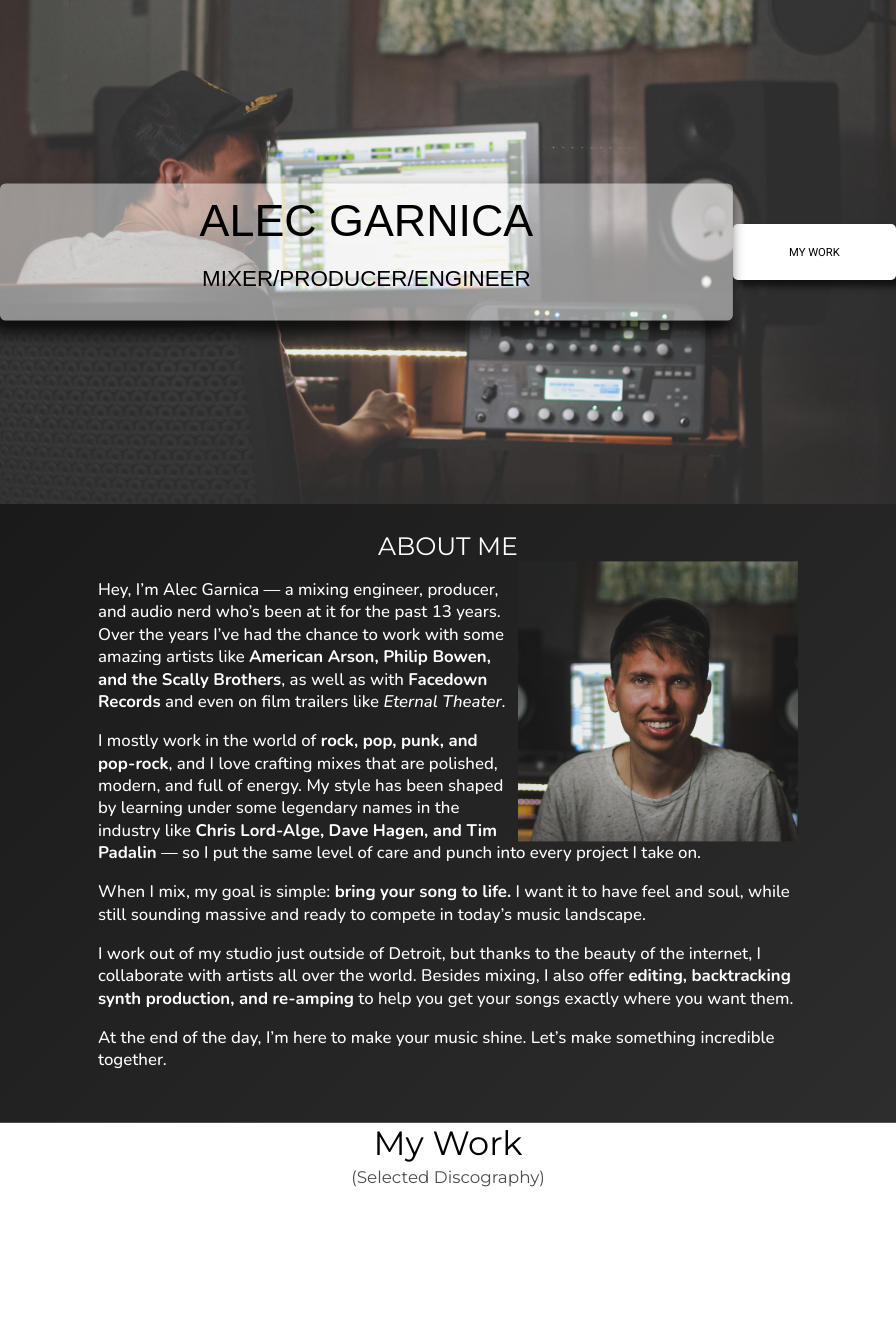
Repository: Aworminator/mixing-portfolio
Page: index.html
The author's editor kept a copy of each file at every save. The page is drawn from the files as they stood at one save, then again after a run of saves.
The browser window is 1280 px wide. The pictures show the part of the page from y = 0 to 1920 px (the page is 6553 px tall), at 70% of full size.
Pictures or frames that could not be fetched are drawn as grey boxes. Some web fonts or font styles are not loaded; a fallback is used.

Above is the page before, as saved 2025-09-02 17:12:31.
Console error: ReferenceError: emailjs is not defined

### index.html
<!DOCTYPE html>
<html lang="en">
  <head>
    <meta charset="UTF-8" />
    <meta name="viewport" content="width=device-width, initial-scale=1.0" />
    <title>Mixing Portfolio</title>
    <link rel="preconnect" href="https://fonts.googleapis.com" />
    <link rel="preconnect" href="https://fonts.gstatic.com" crossorigin />
    <link
      href="https://fonts.googleapis.com/css2?family=Gothic+A1:wght@100;200;300;400;500;600;700;800;900&family=Rock+Salt&family=Nunito:ital,wght@0,200..1000;1,200..1000&family=Montserrat:ital,wght@0,100..900;1,100..900&family=Caveat:wght@400..700&display=swap"
      rel="stylesheet"
    />
    <link
      href="https://fonts.googleapis.com/css2?family=Roboto:ital,wght@0,100..900;1,100..900&display=swap"
      rel="stylesheet"
    />
    <link rel="stylesheet" href="styles.css" />
    <link
      rel="stylesheet"
      href="https://cdnjs.cloudflare.com/ajax/libs/font-awesome/6.0.0/css/all.min.css"
      integrity="sha512-9usAa10IRO0HhonpyAIVpjrylPvoDwiPUiKdWk5t3PyolY1cOd4DSE0Ga+ri4AuTroPR5aQvXU9xC6qOPnzFeg=="
      crossorigin="anonymous"
      referrerpolicy="no-referrer"
    />
  </head>
  <body>
    <section class="home-page">
      <div class="container">
        <img
          src="./images/backShot.JPG"
          class="main-pic"
          alt="alecgarnica.com photo"
        />
        <div class="overlay">
          <h1 class="gothic-a1-regular">ALEC GARNICA</h1>
          <h2 class="gothic-a1-regular">MIXER/PRODUCER/ENGINEER</h2>
        </div>
        <button class="work-button">MY WORK</button>
      </div>
    </section>
    <section class="about-me">
      <div class="about-info">
        <h1>ABOUT ME</h1>
        <img src="./images/font-shot.JPG" class="front-shot" alt="" />
        <p>
          Hey, I’m Alec Garnica — a mixing engineer, producer, and audio nerd
          who’s been at it for the past 13 years. Over the years I’ve had the
          chance to work with some amazing artists like
          <strong>American Arson, Philip Bowen, and the Scally Brothers</strong
          >, as well as with <strong>Facedown Records</strong> and even on film
          trailers like <em>Eternal Theater</em>.
        </p>

        <p>
          I mostly work in the world of
          <strong>rock, pop, punk, and pop-rock</strong>, and I love crafting
          mixes that are polished, modern, and full of energy. My style has been
          shaped by learning under some legendary names in the industry like
          <strong>Chris Lord-Alge, Dave Hagen, and Tim Padalin</strong> — so I
          put the same level of care and punch into every project I take on.
        </p>

        <p>
          When I mix, my goal is simple:
          <strong>bring your song to life.</strong> I want it to have feel and
          soul, while still sounding massive and ready to compete in today’s
          music landscape.
        </p>

        <p>
          I work out of my studio just outside of Detroit, but thanks to the
          beauty of the internet, I collaborate with artists all over the world.
          Besides mixing, I also offer
          <strong>editing, backtracking synth production, and re-amping</strong>
          to help you get your songs exactly where you want them.
        </p>

        <p>
          At the end of the day, I’m here to make your music shine. Let’s make
          something incredible together.
        </p>
      </div>
    </section>
    <section class="audio-examples" id="work">
      <div class="audio-header">
        <h1 class="my-work">My Work</h1>
        <h2 class="Selected">(Selected Discography)</h2>
      </div>
      <div class="videos">
        <iframe
          max-width="700"
          max-height="400"
          src="https://www.youtube.com/embed/eqg1Gq4seWM?si=DX9P9PFpzfFowoa7"
          title="YouTube video player"
          frameborder="0"
          allow="accelerometer; autoplay; clipboard-write; encrypted-media; gyroscope; picture-in-picture; web-share"
          referre700licy="strict-origin-when-cross-origin"
          allowfullscreen
          class="video"
        ></iframe>
        <iframe
          max-width="700"
          max-height="400"
          src="https://www.youtube.com/embed/Iz-hEh3Y0hM?si=Wv5LKFF-jRccTdgM&amp;start=48"
          title="YouTube video player"
          frameborder="0"
          allow="accelerometer; autoplay; clipboard-write; encrypted-media; gyroscope; picture-in-picture; web-share"
          referrerpolicy="strict-origin-when-cross-origin"
          allowfullscreen
          class="video"
        ></iframe>
        <iframe
          max-width="700"
          max-height="400"
          src="https://www.youtube.com/embed/VA2vZEjnYfY?si=OQ5lfUXrBXHWdOYN"
          title="YouTube video player"
          frameborder="0"
          allow="accelerometer; autoplay; clipboard-write; encrypted-media; gyroscope; picture-in-picture; web-share"
          referrerpolicy="strict-origin-when-cross-origin"
          allowfullscreen
          class="video"
        ></iframe>
        <iframe
          max-width="700"
          max-height="400"
          src="https://www.youtube.com/embed/L9egLN9AOas?si=VhJ0fQgymm5FhAU1"
          title="YouTube video player"
          frameborder="0"
          allow="accelerometer; autoplay; clipboard-write; encrypted-media; gyroscope; picture-in-picture; web-share"
          referrerpolicy="strict-origin-when-cross-origin"
          allowfullscreen
          class="video"
        ></iframe>
      </div>

      <div class="audio">
        <div id="input"></div>
      </div>
      <a
        href="https://open.spotify.com/playlist/7I4emXAeLMEQLFu5VL2Gmp?si=4582652f148643d4"
        target="_blank"
        rel="noopener noreferrer"
        class="Discography"
      >
        Full Discography
        <img src="./images/spotify-icon.png" class="spotify" alt="Spotify" />
      </a>
    </section>

    <section class="contact">
      <div class="contact-form-container">
        <h1>Contact Me</h1>
        <form class="contact-form" id="contact-form" autocomplete="off">
          <div class="form-group">
            <label for="name">Name*</label>
            <input type="text" id="name" name="name" required />
          </div>
          <div class="form-group">
            <label for="email">Email*</label>
            <input type="email" id="email" name="email" required />
          </div>
          <div class="form-group">
            <label for="message">Message*</label>
            <textarea id="message" name="message" rows="5" required></textarea>
          </div>
          <button type="submit">Send</button>
        </form>
      </div>
    </section>

    <script src="script.js"></script>
    <script src="https://cdn.jsdelivr.net/npm/bootstrap@5.3.0-alpha1/dist/js/bootstrap.bundle.min.js"></script>
    <script
      type="text/javascript"
      src="https://cdn.jsdelivr.net/npm/@emailjs/browser@4/dist/email.min.js"
    ></script>
    <script type="text/javascript">
      (function () {
        emailjs.init({
          publicKey: "Av33DaVyg5wDM5N9s",
        });
      })();

      function sendEmail(event) {
        event.preventDefault();

        const serviceID = "service_x2fv1ji";
        const templateID = "template_xrm7y6m";

        emailjs
          .sendForm(
            serviceID,
            templateID,
            document.getElementById("contact-form")
          )
          .then(
            () => {
              alert("Message sent successfully!");
              document.getElementById("contact-form").reset();
            },
            (error) => {
              alert("Failed to send message. Please try again later.");
              console.error("EmailJS Error:", error);
            }
          );
      }

      document
        .getElementById("contact-form")
        .addEventListener("submit", sendEmail);
    </script>
  </body>
</html>

### styles.css
body,
html {
  margin: 0;
  padding: 0;
}

.rock-salt-regular {
  font-family: "Rock Salt", cursive;
  font-weight: 400;
  font-style: normal;
}

.gothic-a1-regular {
  font-family: "Gothic A1", sans-serif;
  font-weight: 500;
  font-style: normal;
}

p {
  font-family: "Nunito", sans-serif;
  font-optical-sizing: auto;
  font-weight: 500;
  font-style: normal;
}

h1,
h2,
h3 {
  font-family: "Montserrat", sans-serif;
  font-optical-sizing: auto;
  font-weight: 400;
  font-style: normal;
}

h3 {
  opacity: 80%;
}

.container {
  position: relative;
  width: 100%;
  height: 100vh; /* full screen hero section */
  display: flex;
  align-items: center;  /* vertical centering */
  justify-content: center; /* horizontal centering */
  overflow: hidden;
}

.main-pic {
  width: 100%;
  height: 100%;
  object-fit: cover;
  position: absolute;
  top: 0;
  left: 0;
  z-index: -1;
  opacity: 0.9;
}

.overlay {
  z-index: 1;
  text-align: center;
  background-color: rgba(255, 255, 255, 0.467);
  width: 100%;
  box-shadow: -8px 14px 20px 4px rgb(0 0 0 / 69%);
  padding: 1rem 2rem;
  border-radius: 8px;
}

.overlay h1 {
  font-size: clamp(2rem, 5vw, 4rem); /* responsive text */
}

.overlay h2 {
  font-size: clamp(1rem, 3vw, 2rem);
}

.home-page {
  max-height: 900px;
}

.about-me {
  position: relative;
  max-height: 900px;
  background: linear-gradient(135deg, #1a1a1a 0%, #2d2d2d 100%);
  margin: 0 auto;
  padding-top: 3%;
}

.about-info {
  color: white;
  font-size: 1.5em;
  width: 1000px;
  margin: 0 auto;
  padding-bottom: 50px;
}

.videos {
  margin: 0 auto;
  font-size: 2em;
  display: flex;
  flex-direction: row;
  flex-wrap: wrap;
  gap: 40px;
  justify-content: center;
}

.my-work {
  font-size: 3em;
  text-align: center;
}

.Selected {
  text-align: center;
  opacity: 70%;
  position: relative;
  bottom: 15px;
}

.front-shot {
  float: right;
  height: 400px;
  width: 400px;
  object-fit: cover;
  aspect-ratio: 1 / 1;
}

.work-button {
  position: relative;

  display: flex;
  justify-content: center;
  align-items: center;
  text-align: center;
  font-size: 1em;
  background-color: rgb(255, 255, 255);
  width: 300px;
  height: 80px;
  border-radius: 7px;
  margin: 0 auto;
  box-shadow: 8px 9px 10px rgb(0 0 0 / 65%);
  font-family: "Roboto", sans-serif;
  font-optical-sizing: auto;
  font-weight: 400;
  font-style: normal;
  font-variation-settings: "wdth" 100;
  border: none;
  cursor: pointer;
  color: inherit;
}

.work-button:hover {
  transform: scale(1.1);
}

.work-button:active {
  transform: scale(0.9);
}

.card {
  height: 500px;
  width: 300px;
  border: 2px solid black;
  background-color: rgb(255, 255, 255);
  background: url("https://www.patternpictures.com/wp-content/uploads/Crumpled-white-paper-texture-background.jpg");
  background-color: rgba(255, 255, 255, 0.775);
  background-blend-mode: lighten;
  box-shadow: 5px 10px 20px 0 rgba(0, 0, 0, 0.535);
  border-radius: 10px;
  margin: 90px;
  display: flex;
  flex-direction: column;
  justify-content: flex-start;
  align-items: center;
  flex-wrap: wrap;
  z-index: 1;
}

h1 {
  text-align: center;
  margin: 0 auto;
}

h4 {
  font-family: "Caveat";
  font-optical-sizing: auto;
  font-weight: 400;
  font-style: normal;
  text-shadow: 2px 5px 6px rgba(0, 0, 0, 0.18);
}

#input {
  display: flex;
  justify-content: center;
  flex-direction: column;
  flex-wrap: wrap;
}

.audio {
  display: flex;
  flex-direction: column;
  justify-content: flex-start;
  margin-top: 50px;
}

.album-artwork {
  height: 300px;
  width: 300px;
  border-radius: 10px 10px 0 0;
  position: relative;
}

.card-info {
  display: flex;
  flex-direction: row;
  justify-content: space-around;
  width: 200px;
  margin-top: 10px;
  margin-bottom: 0;
  position: relative;
}

.band-info {
  border-radius: 10px;
  padding: 5px 10px;
  height: 100px;
  width: 200px;
  display: flex;
  flex-direction: column;
  align-items: flex-start;
  font-size: 0.9em;
  text-align: left;
}

.album-title {
  position: relative;
  bottom: 15px;
}

.link {
  text-decoration: none;
  color: black;
}

.link:hover {
  text-decoration: underline;
  transform: scale(1.05);
}

@keyframes move-words {
  0% {
    left: 100%;
  }
  100% {
    left: -100%;
  }
}

.fa-pause,
.fa-play {
  font-size: 2em;
  position: relative;
  right: 12px;
}

.fa-play:active {
  font-size: 2em;
  position: relative;
  transform: scale(0.8);
}

.player {
  display: flex;
  flex-direction: row;
  align-items: center;
  justify-content: center;
  padding: 10px 0 0 0;
  margin-bottom: 25px;
}

.progress-bar {
  background-color: white;
  border-radius: 40px;
  color: black;
  width: 150px;
  height: 12px;
  border: 1px solid rgb(221, 144, 99);
}

.progress {
  background-color: rgb(244, 164, 117);
  border-radius: 40px;
  height: 100%;
  width: 0%;
}

/* Contact Section Styles */
.contact {
  background: linear-gradient(135deg, #1a1a1a 0%, #2d2d2d 100%);
  padding: 80px 20px;
  min-height: 600px;
  display: flex;
  align-items: center;
  justify-content: center;
}

.contact-form-container {
  background: rgba(255, 255, 255, 0.95);
  border-radius: 15px;
  padding: 50px 40px;
  box-shadow: 0 20px 40px rgba(0, 0, 0, 0.3);
  max-width: 600px;
  width: 100%;
  backdrop-filter: blur(10px);
  border: 1px solid rgba(255, 255, 255, 0.2);
}

.contact-form-container h1 {
  color: #2d2d2d;
  font-size: 2.5em;
  text-align: center;
  margin-bottom: 40px;
  font-weight: 700;
  letter-spacing: 1px;
}

.contact-form {
  display: flex;
  flex-direction: column;
  gap: 25px;
}

.form-group {
  display: flex;
  flex-direction: column;
  gap: 8px;
}

.form-group label {
  font-family: "Montserrat", sans-serif;
  font-weight: 600;
  color: #333;
  font-size: 1.1em;
  letter-spacing: 0.5px;
}

.form-group input,
.form-group textarea {
  padding: 15px 20px;
  border: 2px solid #e0e0e0;
  border-radius: 10px;
  font-family: "Nunito", sans-serif;
  font-size: 1em;
  background: #fafafa;
  transition: all 0.3s ease;
  outline: none;
}

.form-group input:focus,
.form-group textarea:focus {
  border-color: #4a90e2;
  background: white;
  box-shadow: 0 0 0 3px rgba(74, 144, 226, 0.1);
  transform: translateY(-2px);
}

.form-group textarea {
  resize: vertical;
  min-height: 120px;
  font-family: "Nunito", sans-serif;
}

.contact-form button {
  background: linear-gradient(135deg, #4a90e2 0%, #357abd 100%);
  color: white;
  border: none;
  padding: 18px 30px;
  border-radius: 10px;
  font-family: "Montserrat", sans-serif;
  font-size: 1.2em;
  font-weight: 600;
  cursor: pointer;
  transition: all 0.3s ease;
  margin-top: 15px;
  letter-spacing: 1px;
  text-transform: uppercase;
}

.contact-form button:hover {
  transform: translateY(-3px);
  box-shadow: 0 10px 25px rgba(74, 144, 226, 0.4);
  background: linear-gradient(135deg, #357abd 0%, #2968a3 100%);
}

.contact-form button:active {
  transform: translateY(-1px);
  box-shadow: 0 5px 15px rgba(74, 144, 226, 0.3);
}

/* Discography Button Styles */
.Discography {
  background-color: black;
  color: white;
  border: none;
  padding: 18px 30px;
  border-radius: 10px;
  font-family: "Montserrat", sans-serif;
  font-size: 1.2em;
  font-weight: 600;
  cursor: pointer;
  transition: all 0.3s ease;
  margin: 30px auto;
  letter-spacing: 1px;
  text-transform: uppercase;
  display: flex;
  align-items: center;
  justify-content: center;
  gap: 10px;
  text-decoration: none;
  width: fit-content;
}

.Discography:hover {
  transform: translateY(-3px);
  box-shadow: 0 10px 25px rgba(74, 144, 226, 0.4);
  background: linear-gradient(135deg, #357abd 0%, #2968a3 100%);
  color: white;
}

.Discography:active {
  transform: translateY(-1px);
  box-shadow: 0 5px 15px rgba(74, 144, 226, 0.3);
}

.spotify {
  height: 50px;
  width: 50px;
  margin-left: 15px;
}

/* Responsive Design */
@media screen and (max-width: 768px) {
  .overlay {
    padding: 0.5rem 1rem;
  }

  .work-button {
    width: 150px;
    height: 50px;
    font-size: 0.9em;
  }

  .about-me {
    min-height: 1100px;
    padding-top: 3%;
  }

  .about-info {
    font-size: 1.1em;
    width: 90%;
    margin: 0 auto;
    padding: 10px;
    border: 2px solid rgba(255, 255, 255, 0.473);
  }

  .front-shot {
    height: 175px;
    width: 175px;
  }

  .audio-header {
    font-size: 0.8em;
    margin-top: 20px;
  }

  .card {
    height: 500px;
    width: 300px;
  }

  .contact {
    padding: 60px 15px;
  }

  .contact-form-container {
    padding: 40px 25px;
    margin: 0 10px;
  }

  .contact-form-container h1 {
    font-size: 2em;
    margin-bottom: 30px;
  }

  .form-group input,
  .form-group textarea {
    padding: 12px 15px;
  }

  .contact-form button {
    padding: 15px 25px;
    font-size: 1.1em;
  }
}

@media screen and (min-width: 768px) {
  #input {
    display: flex;
    flex-direction: row;
    justify-content: space-around;
  }

  .videos {
    display: flex;
    flex-direction: row;
    justify-content: center;
    flex-wrap: wrap;
  }

  .video {
    height: 400px;
    width: 700px;
  }
}

### script.js
let songs = [
  {
    albumArt:
      "https://facedownrecords.com/wp-content/uploads/2023/09/FCD195-3000.jpg",
    artist: "American Arson",
    song: "The Heat |: Run",
    name: "Run - American Arson.wav",
    artistLink:
      "https://open.spotify.com/artist/7cl9j0U54gBxbcGO7zXXs2?si=Y8YFn_WdRy2WaXkD7kTK9A",
    songLink:
      "https://open.spotify.com/track/4LscxvJWC9iHOBJmns7oVh?si=cf5a5d8cefe242de",
  },
  {
    albumArt:
      "https://i.scdn.co/image/ab67616d0000b27369a57afe6b668fe34d4e9914",
    artist: "Philip Bowen",
    song: "Better Way",
    name: "Fireflies - Camino Kid.wav",
    artistLink:
      "https://open.spotify.com/artist/3Mm4P393IFVqIQDmL691G9?si=A1uk_0hjSPOLajqtXdFjjQ",
    songLink:
      "https://open.spotify.com/track/2iAruT7aaz0of7HgP6AXJ5?si=48f3d1c8590f4527",
  },
  {
    albumArt:
      "https://i.scdn.co/image/ab67616d00001e02c0d49229ee1521c01ba40c3e",
    artist: "Chery Blossom Club",
    song: "Astray",
    name: "All Is Well - Jared Withrow.wav",
    artistLink:
      "https://open.spotify.com/artist/7LDoytlH8MNe9zu2VIu5uB?si=W9AvoN22T46V6yPUWuvBdA",
    songLink:
      "https://open.spotify.com/track/77lonoP2aKYjy99jGNJf3r?si=8c8acfcdc6ff47a3",
  },
  {
    albumArt:
      "https://i.scdn.co/image/ab67616d00001e02066f1a88ce4c1492f016dc33",
    artist: "Jared Withrow",
    song: "All Is Well",
    name: "All Is Well - Jared Withrow.wav",
    artistLink:
      "https://open.spotify.com/artist/5HWM1z6NnHcvOnUeLcCAKn?si=47omOcpARfSCEVpzm1sS9w",
    songLink:
      "https://open.spotify.com/track/60aH38LMrZZam1xIewtDBR?si=670e49b3f44149bb",
  },
  {
    albumArt: "./images/albums/caminoKid.jpg",
    artist: "Camino Kid",
    song: "Fireflies(Cover)",
    name: "Fireflies - Camino Kid.wav",
    artistLink:
      "https://open.spotify.com/artist/5Dm6l5ypjnBRX4r3o2vzkZ?si=yQY43V2TQ06EWhuZaBigIg",
    songLink:
      "https://open.spotify.com/track/2ckxbqWp45dph2w9lZHEuz?si=ac1ee9025897455e",
  },
  {
    albumArt:
      "https://www.shazam.com/mkimage/image/thumb/Music122/v4/09/7e/41/097e41aa-4970-2849-a3a6-7e0279f900af/artwork.jpg/375x375bb.webp",
    artist: "The Scally Brothers",
    song: "Lion and the Lamb",
    name: "Fireflies - Camino Kid.wav",
    artistLink:
      "https://open.spotify.com/artist/1zxZJBr1JIL8X4zDvpkFos?si=ZAqeO_ZFRFWOyXo424s7Ng",
    songLink:
      "https://open.spotify.com/track/74FoVUSj3mCoDl6XZTojDW?si=b75b83345caf4865",
  },
];

let input = document.querySelector("#input");

function updateProgress(e, songName) {
  let { currentTime, duration } = e.srcElement;
  const progressPercentage = (currentTime / duration) * 100;
  document.getElementById(
    `progress-${songName}`
  ).style.width = `${progressPercentage}%`;

  const playBtn = document.getElementById(`playBtn-${songName}`);
  if (currentTime === duration) {
    playBtn.classList.add("fa-play");
    playBtn.classList.remove("fa-pause");
  } else {
    playBtn.classList.add("fa-pause");
    playBtn.classList.remove("fa-play");
  }
}

function setProgress(e, songName) {
  const width = e.currentTarget.clientWidth;
  const clickX = e.offsetX;
  const audio = document.getElementById(`audio-${songName}`);
  const duration = audio.duration;

  audio.currentTime = (clickX / width) * duration;
}

function playAudio(songName) {
  const audio = document.getElementById(`audio-${songName}`);
  audio.play();
}

function pauseAudio(songName) {
  const audio = document.getElementById(`audio-${songName}`);
  audio.pause();
}

songs.forEach((song) => {
  const card = document.createElement("div");
  card.classList.add("card");
  card.innerHTML = `
    <img class="album-artwork" src="${song.albumArt}" alt="">
    <div class="mp3">
      <div class="band-info">
        <a href="${song.songLink}" class="link"><h1 class="band-name">${song.song}</h1></a>
        <a href="${song.artistLink}" class="link"><h3 class="album-title">${song.artist}</h3></a>
      </div>
      <div class="player">
        <i class="fa-solid fa-play" id="playBtn-${song.name}" onclick="toggleAudio('${song.name}')"></i>
        <audio preload="metadata" id="audio-${song.name}" src="./audio/${song.name}"></audio>
        <div class="progress-bar" id="progress-bar-${song.name}">
          <div class="progress" id="progress-${song.name}"></div>
        </div>
      </div>
    </div>
  `;
  input.appendChild(card);

  const audio = document.getElementById(`audio-${song.name}`);
  const progressBar = document.getElementById(`progress-bar-${song.name}`);

  audio.addEventListener("timeupdate", (e) => updateProgress(e, song.name));
  progressBar.addEventListener("click", (e) => setProgress(e, song.name));
});

function toggleAudio(songName) {
  const audio = document.getElementById(`audio-${songName}`);
  const playBtn = document.getElementById(`playBtn-${songName}`);

  if (audio.paused || audio.ended) {
    playAudio(songName);
    playBtn.classList.remove("fa-play");
    playBtn.classList.add("fa-pause");
  } else {
    pauseAudio(songName);
    playBtn.classList.remove("fa-pause");
    playBtn.classList.add("fa-play");
  }

  audio.onpause = () => {
    playBtn.classList.remove("fa-pause");
    playBtn.classList.add("fa-play");
  };
  audio.onplay = () => {
    playBtn.classList.remove("fa-play");
    playBtn.classList.add("fa-pause");
  };
}

After the next 2 saves:
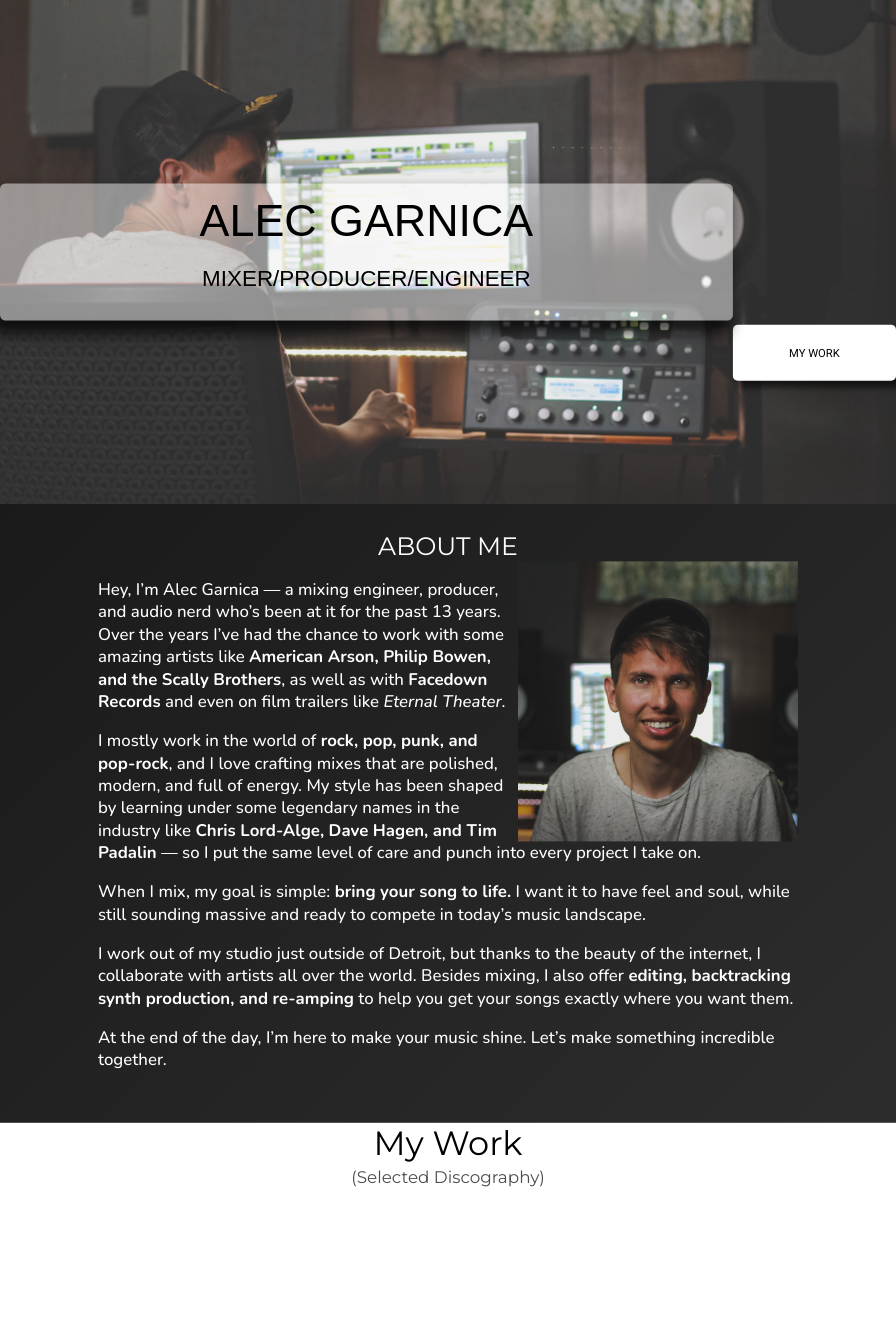
The 2 saves are shown as one change because they came seconds apart.
The last was saved 43 s later.
--- a/styles.css
+++ b/styles.css
@@ -127,7 +127,7 @@ h3 {
 
 .work-button {
   position: relative;
-
+  top: 20%;
   display: flex;
   justify-content: center;
   align-items: center;
